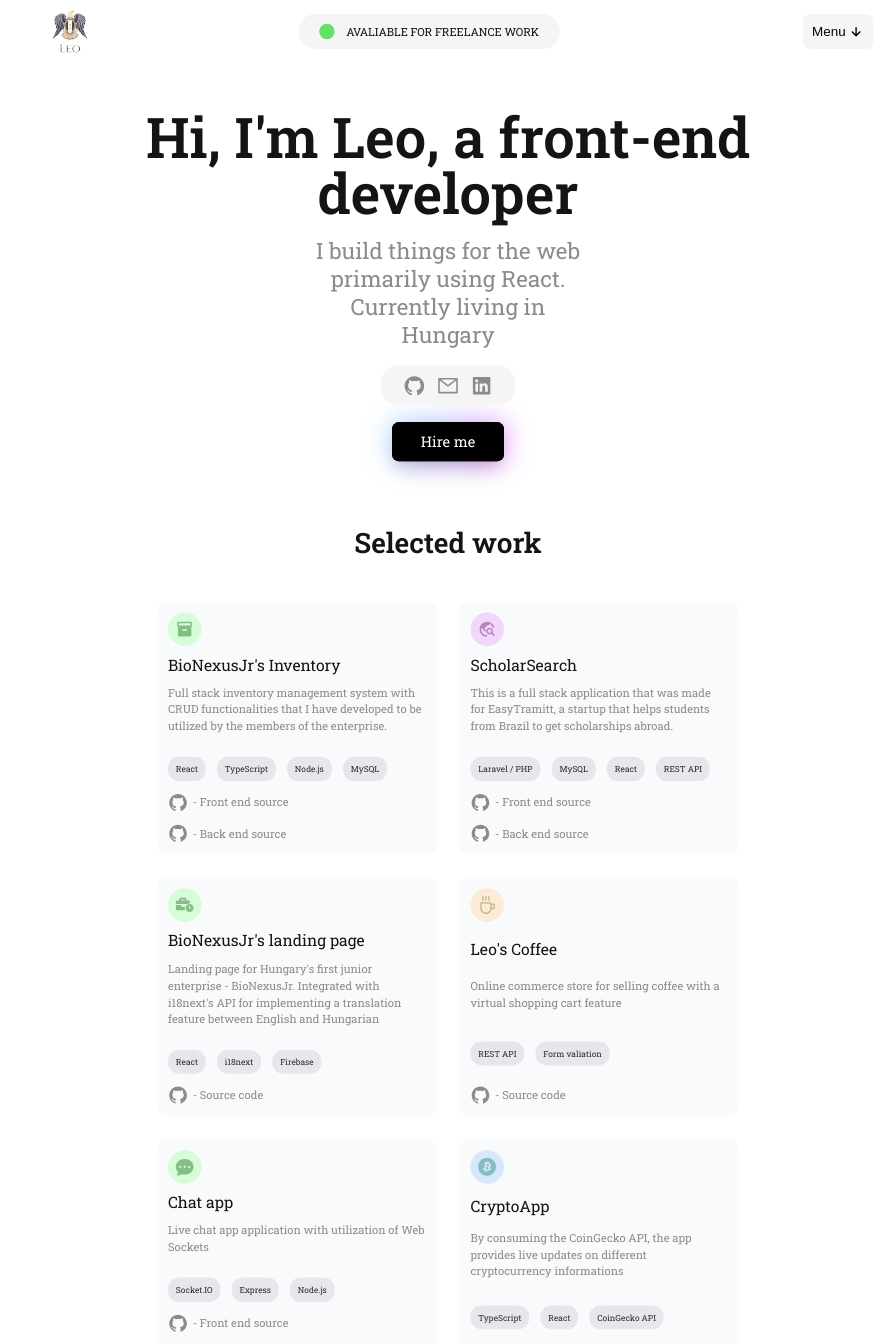
Repository: Leoka2000/portfolio-final
Page: /
An editor plug-in stored every save of this project. The page is shown before and after the next save, followed by the edit.
The browser window is 1280 px wide. The pictures show the part of the page from y = 0 to 1920 px (the page is 3134 px tall before and 3094 px after), at 70% of full size.
The page's requests for data from a server got no answer. Some web fonts or font styles are not loaded; a fallback is used. The project was rebuilt for these pictures with package versions that can differ from the ones it lists, and the page was loaded fresh each time. No one was signed in, and anything a server would have sent is missing. Also part of the build but not shown: src/App.css. Imported but missing from the stored project, and not drawn on this page: src/assets/BioNexus.mp4, src/assets/LeoCV.pdf, src/assets/ScholarSearch.mp4.

Above is the page before, as saved 2023-05-26 03:20:50.

After the next save:
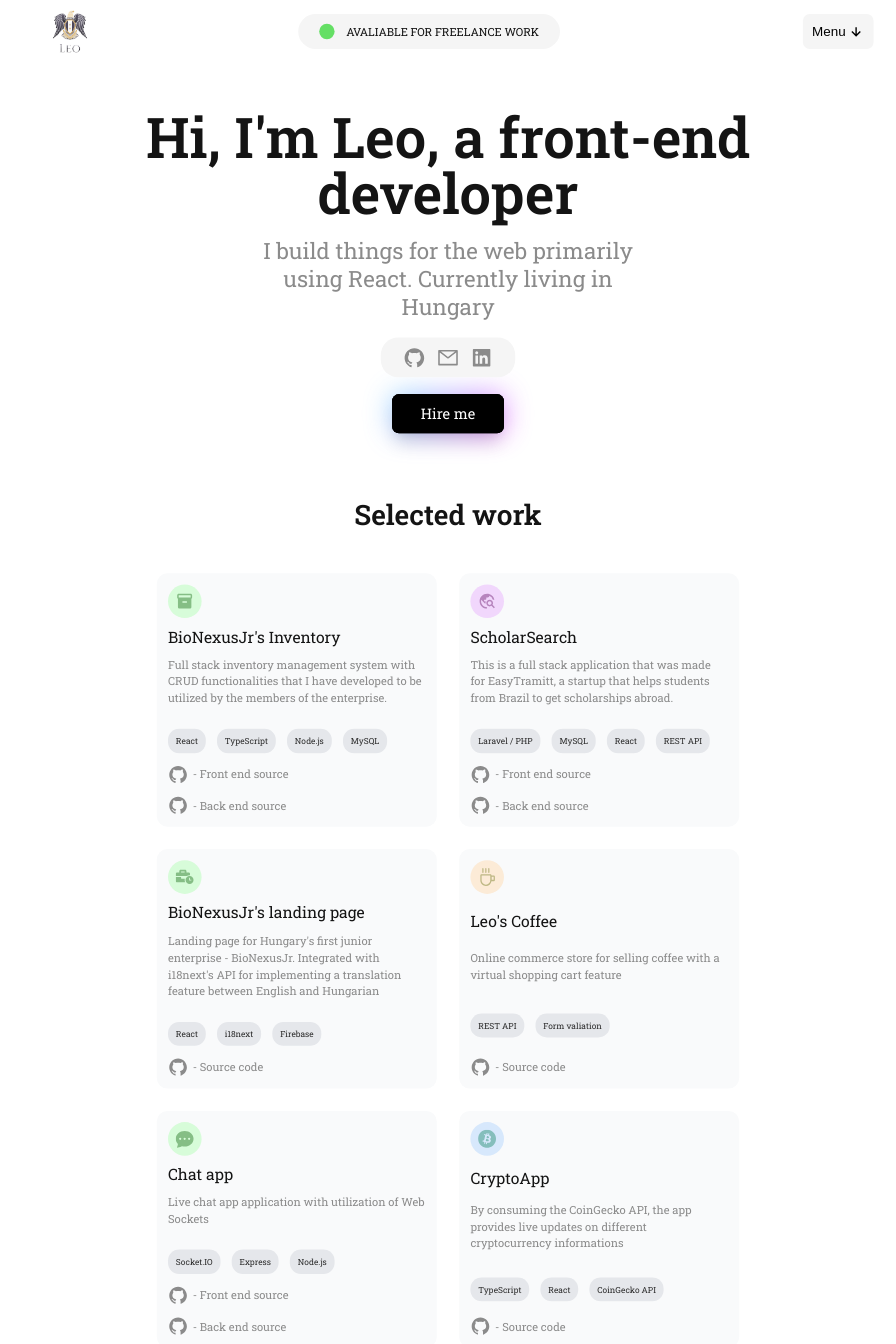
Saved 6 s later.
--- a/src/pages/main/hero/hero.css
+++ b/src/pages/main/hero/hero.css
@@ -15,7 +15,7 @@
     color: var(--p);
     font-size: 2rem;
     line-height: 2.5rem;
-    max-width: 25rem;
+    max-width: 35rem;
 
 }
 .icons-wrapper {
